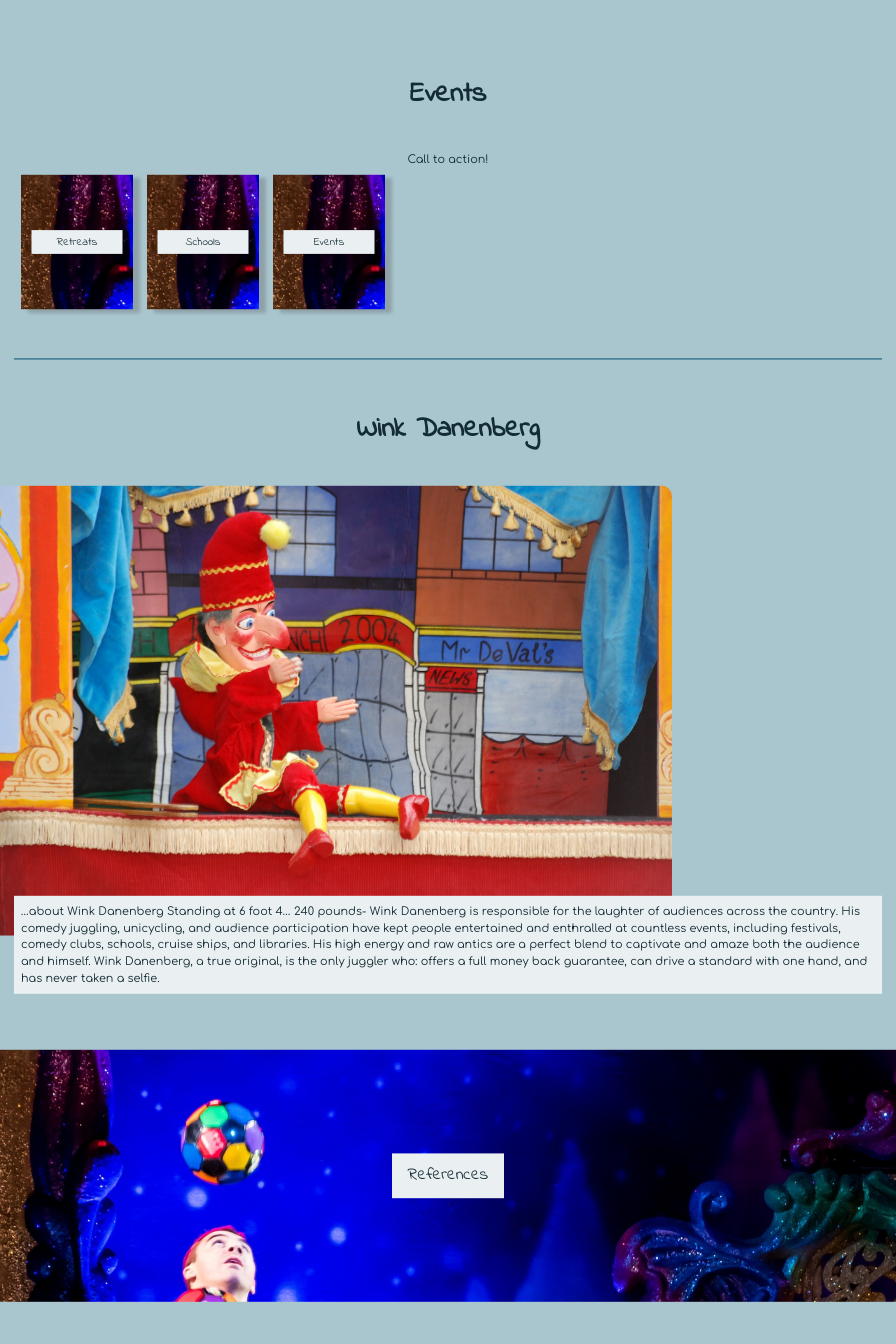
Repository: Sbethm/wink
Page: index.html
These files come from the project's save history. The page is drawn as it stood at one moment and after a run of saves; the edit follows.
The browser window is 1280 px wide. The pictures show the part of the page from y = 744 to 2664 px (the page is 5540 px tall before and 5570 px after), at 70% of full size.
The style sheet was rebuilt from its Sass, Less or Tailwind sources for each picture, by a compiler version that may differ from the author's.

Above is the page before, as saved 2021-08-31 13:05:08.

After the next 3 saves:
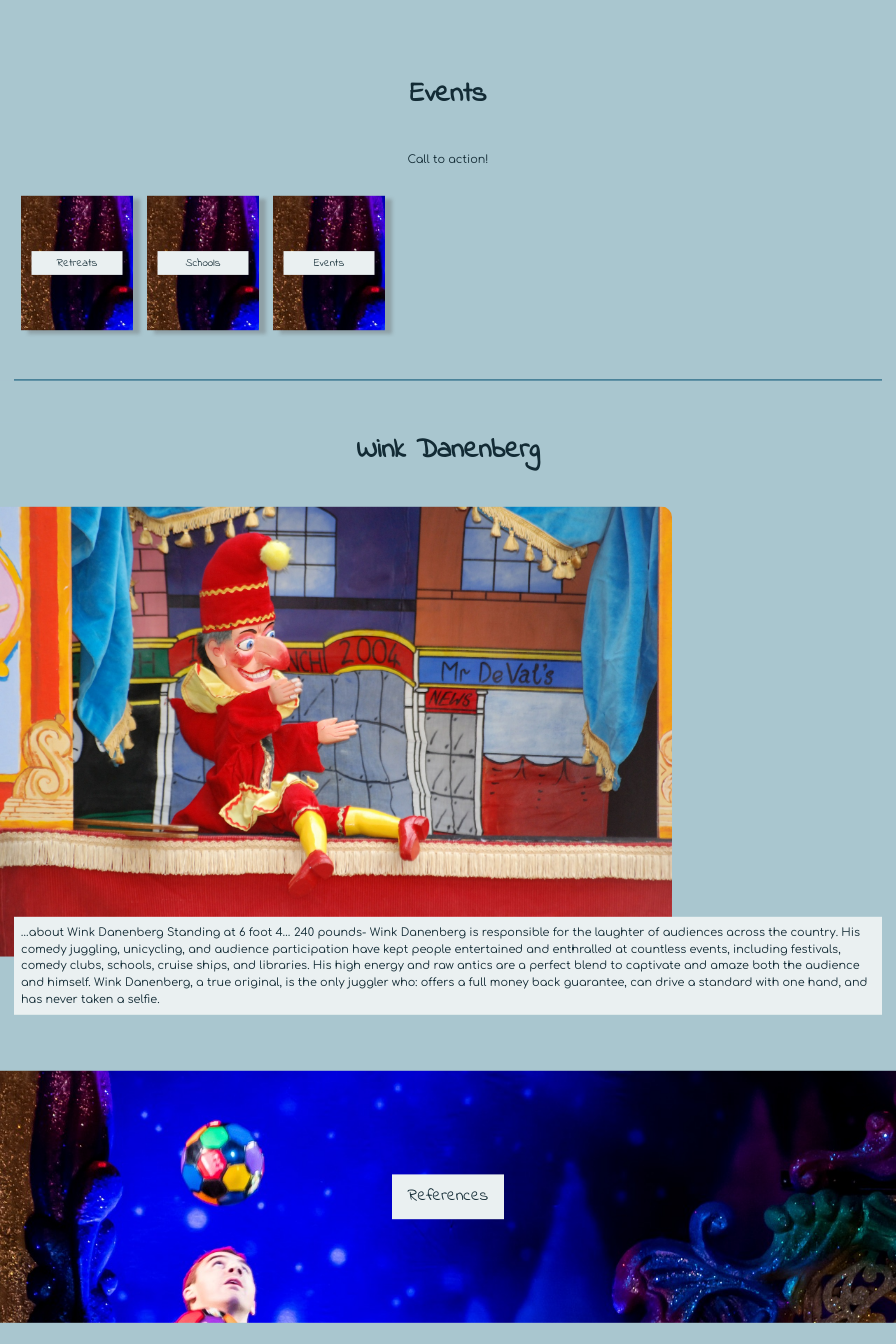
The 3 saves are shown as one change because they came seconds apart.
The last was saved 43 s later.
--- a/SCSS/main.scss
+++ b/SCSS/main.scss
@@ -44,6 +44,7 @@ p {
 }
 
 .center {
+    padding-bottom: 30px;
     width: 100%;
     text-align: center;
 }
